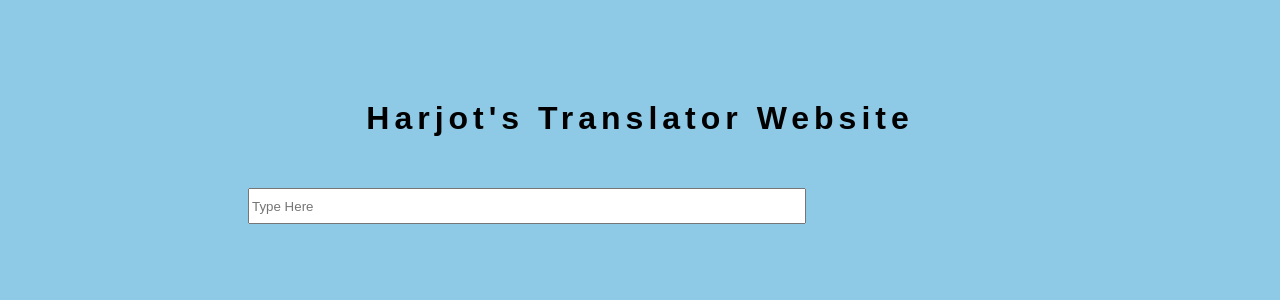
Repository: Harjot00/Pythonpractice
Page: Translator/homepage.html
An editor plug-in stored every save of this project. The page is shown before and after the next save, followed by the edit.
The browser window is 1280 px wide. The pictures show the whole page.
Some web fonts or font styles are not loaded; a fallback is used.

Above is the page before, as saved 2022-03-06 18:19:57.

### Translator/homepage.html
<!DOCTYPE html>
<html lang="en">
<head>
    <meta charset="UTF-8">
    <meta http-equiv="X-UA-Compatible" content="IE=edge">
    <meta name="viewport" content="width=device-width, initial-scale=1.0">
    <title>Harjot's Translator</title>
    <link rel="stylesheet" href="styles.css">
    <link href="http://fonts.cdnfonts.com/css/mrs-sheppards" rel="stylesheet">

</head>
<body>
    <h1 style = "font-family: 'Mrs Sheppards', sans-serif;letter-spacing: 5px;">Harjot's Translator Website</h1>
    <input type="text" id="entry" placeholder="Type Here"></input>
</body>
</html>

### Translator/styles.css
body{
    background-color: #8ECAE6;
    font-family: open sans;
}
h1{
    margin-top: 100px;
    text-align: center;
}
#entry{
    width: 550px;
    height: 30px;
    margin: 30px 0px 0px 240px;
}

After the next save:
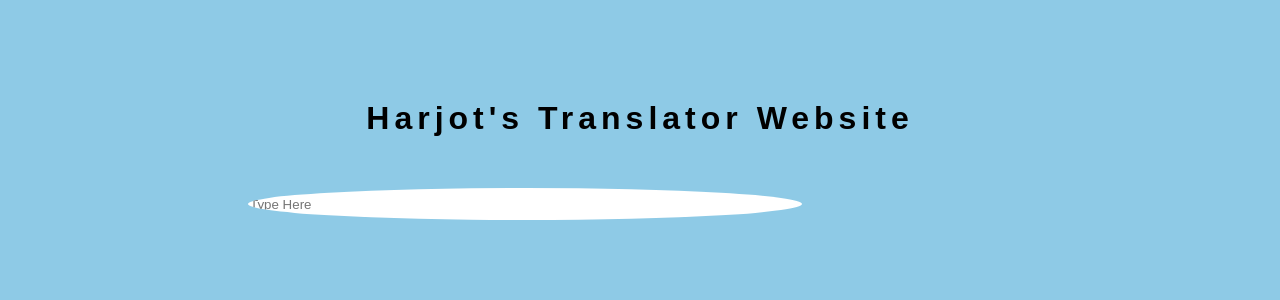
Saved 33 s later.
--- a/Translator/styles.css
+++ b/Translator/styles.css
@@ -10,4 +10,7 @@
     width: 550px;
     height: 30px;
     margin: 30px 0px 0px 240px;
+    border: none;
+    border-radius:50%;
+
 }
